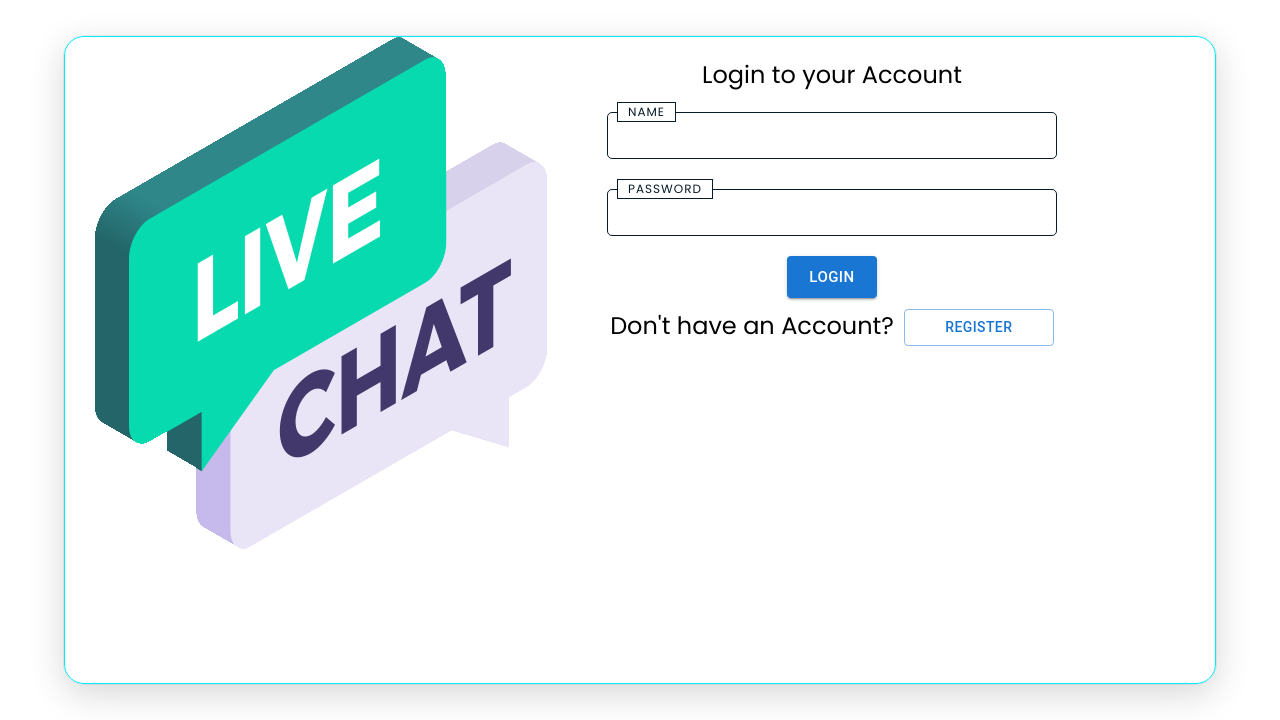
Repository: swastikjhacoder/mern-chat-frontend-only
Page: /
These files come from the project's save history. The page is drawn as it stood at one moment and after the next save; the edit follows.
The browser window is 1280 px wide. The pictures show the whole page.
The project was rebuilt for these pictures with package versions that can differ from the ones it lists, and the page was loaded fresh each time. Also part of the build but not shown: src/components/chat/ConversationList.jsx, src/components/chat/SideBar.jsx, src/components/MainContainer.jsx, src/components/chat/MessageOthers.jsx, src/components/chat/MessageSelf.jsx, src/components/chat/ChatContainer.jsx, src/components/chat/OnlineUsers.jsx, src/components/chat/OnlineUsersGroup.jsx and 4 more.

Above is the page before, as saved 2023-09-22 08:30:12.

### src/index.css
@import url('https://fonts.googleapis.com/css2?family=Poppins:ital,wght@0,100;0,200;0,300;0,400;0,500;0,600;0,700;0,800;0,900;1,400&display=swap');

:root {
  --border-color: #0ef;
  --body-color: #081b29;
  --container-default-color: #fff;
  --self-message-background-color: #63d7b0;
  --other-message-background-color: #e2e4e3;
  --box-shadow: rgba(0, 0, 0, 0.16) 0px 10px 36px 0px, rgba(0, 0, 0, 0.06) 0px 0px 0px 1px;

  --large-font-size: 32px;
  --heading-font-size: 24px;
  --medium-font-size: 18px;
  --normal-font-size: 16px;
  --small-font-size: 12px;
  --tiny-font-size: 10px;

  --bolder-font-weight: 600;
}

::-webkit-scrollbar {
  width: 6px !important;
  height: 6px !important;
}

::-webkit-scrollbar-track {
  background: hsla(0, 0%, 100%, -1);
}

::-webkit-scrollbar-thumb {
  background: rgba(0, 0, 0, 0.2);
}


* {
  margin: 0;
  padding: 0;
  box-sizing: border-box;
  font-family: 'Poppins', sans-serif;
}

body {
  display: flex;
  flex-direction: column;
  justify-content: center;
  align-items: center;
}

.app-container {
  display: flex;
  width: 100vw;
  height: 100vh;
  flex-direction: column;
  justify-content: center;
  align-items: center;
}

.container {
  display: flex;
  flex-direction: row;
  gap: 10px;
  width: 90vw;
  height: 90vh;
  border-radius: 20px;
  border: 1px solid var(--border-color);
  box-shadow: var(--box-shadow);
}

.left-sidebar-container {
  display: flex;
  flex-direction: column;
  flex: 0.3;
  padding: 10px;
}

.sb-header {
  display: flex;
  flex-direction: row;
  border-radius: 20px;
  justify-content: space-between;
  padding: 5px;
  box-shadow: var(--box-shadow);
}

.sb-header >div {
  width: max-content;
}

.icon {
  font-size: var(--large-font-size) !important;
  margin: 10px;
}

.sb-search {
  display: flex;
  flex-direction: row;
  width: 100%;
  padding: 10px;
  margin-top: 10px;
  border-radius: 20px;
  box-shadow: var(--box-shadow);
}

.input-box {
  position: relative;
  width: 450px;
  margin: 10px 0;
}

.input-box input {
  width: 100%;
  padding: 10px;
  background: transparent;
  border-radius: 5px;
  color: var(--body-color);
  outline: none;
  font-size: var(--title-text-size);
}

.input-box span {
  position: absolute;
  left: 0;
  padding: 0 10px;
  pointer-events: none;
  font-size: var(--small-font-size);
  text-transform: uppercase;
  letter-spacing: 1px;
  transform: translateX(10px) translateY(-10px);
}

.sb-conversations {
  background-color: var(--container-color);
  border-radius: 20px;
  padding: 10px 5px;
  margin-top: 10px;
  flex: 1;
  overflow-y: scroll;
  box-shadow: var(--box-shadow);
}

.conversation-container {
  display: grid;
  grid-template-columns: 32px auto auto;
  grid-template-rows: auto auto;
  column-gap: 10px;
  padding: 5px;
  gap: 5px;
  margin: 5px;
  border-radius: 20px;
  transition-duration: .5s;
}

.con-icon {
  grid-area: 1/1/3/2;
  display: flex;
  justify-content: center;
  align-items: center;
  font-size: var(--large-font-size);
  font-weight: var(--bolder-font-weight);
  height: 32px;
  width: 32px;
  padding: 2px;
  border-radius: 50%;
  justify-self: center;
  align-self: center;
}

.con-title {
  grid-area: 1/2/2/4;
  font-weight: var(--bolder-font-weight);
  font-size: var(--medium-font-size);
}

.con-lastMessage {
  font-size: var(--normal-font-size);
}

.con-timeStamp {
  justify-self: flex-end;
  font-size: var(--small-font-size);
}

.right-sidebar-container {
  flex: .7;
  display: flex;
  flex-direction: column;
  gap: 10px;
  padding: 10px 10px 10px 0;
}

.chat-header {
  display: flex;
  justify-content: space-between;
  column-gap: 10px;
  padding: 10px;
  border-radius: 20px;
  box-shadow: var(--box-shadow);
}

.chat-header-info {
  display: flex;
  flex-direction: row;
  justify-content: center;
  align-items: center;
  gap: 10px;
}

.chat-message {
  flex: 1;
  background-color: var(--container-color);
  border-radius: 20px;
  padding: 20px 40px;
  overflow-y: scroll;
  box-shadow: var(--box-shadow);
}

.chat-input {
  display: flex;
  flex-direction: row;
  justify-content: space-between;
  align-items: center;
  border-radius: 20px;
  padding: 10px;
  box-shadow: var(--box-shadow)
}

.self-message-container {
  display: flex;
  justify-content: flex-end;
}

.self-message {
  display: flex;
  flex-direction: column;
  background-color: var(--self-message-background-color);
  width: max-content;
  padding: 10px 10px;
  margin: 5px;
  border-radius: 20px;
}
.self-title {
  font-weight: var(--bolder-font-weight);
  font-size: var(--medium-font-size);
}

.self-message {
  font-size: var(--normal-font-size);
}

.self-timestamp {
  margin-left: auto;
  font-size: var(--small-font-size);
}

.other-message-container {
  display: flex;
  justify-content: flex-start;
  flex-direction: row;
  gap: 5px;
  width: max-content;
  padding: 10px 10px;
  margin: 5px;
  border-radius: 20px;
}

.other-icon {
  display: flex;
  justify-content: center;
  align-items: center;
  font-size: var(--large-font-size);
  font-weight: var(--bolder-font-weight);
  height: 32px;
  width: 32px;
  padding: 2px;
  border-radius: 50%;
  justify-self: center;
  align-self: center;
}

.other-text-content {
  display: flex;
  flex-direction: column;
  background-color: var(--other-message-background-color);
  padding: 10px 10px;
  border-radius: 20px;
}

.other-title {
  font-weight: var(--bolder-font-weight);
  font-size: var(--medium-font-size);
}

.other-message {
  font-size: var(--normal-font-size);
}

.other-timestamp {
  margin-left: auto;
  font-size: var(--small-font-size);
}

.online-users-header {
  border-radius: 20px;
  display: flex;
  gap: 10px;
  padding: 5px;
  font-size: var(--medium-font-size);
  box-shadow: var(--box-shadow);
  align-items: center;
}

.online-users-search {
  display: flex;
  flex-direction: row;
  width: 100%;
  padding: 10px;
  border-radius: 20px;
  box-shadow: var(--box-shadow);
}

.online-users-list {
  border-radius: 20px;
  flex: 1;
  padding: 10px;
  overflow-y: scroll;
}

.online-user {
  display: flex;
  flex: 1;
  gap: 5px;
  border-radius: 20px;
  padding: 20px 40px;
  overflow-y: scroll;
  margin-bottom: 10px;
  align-items: center;
  cursor: pointer;
  transition-duration: .5s;
}

.ou-icon {
  display: flex;
  justify-content: center;
  align-items: center;
  font-size: var(--large-font-size);
  font-weight: var(--bolder-font-weight);
  height: 32px;
  width: 32px;
  padding: 2px;
  border-radius: 50%;
  justify-self: center;
  align-self: center;
}

.ou-title {
  font-size: var(--normal-font-size);
}

.groups-header {
  border-radius: 20px;
  display: flex;
  gap: 10px;
  padding: 5px;
  font-size: var(--medium-font-size);
  box-shadow: var(--box-shadow);
  align-items: center;
}

.group-search {
  display: flex;
  flex-direction: row;
  width: 100%;
  padding: 10px;
  border-radius: 20px;
  box-shadow: var(--box-shadow);
}

.group-list {
  border-radius: 20px;
  flex: 1;
  padding: 10px;
  overflow-y: scroll;
}

.group {
  display: flex;
  flex: 1;
  gap: 5px;
  border-radius: 20px;
  padding: 20px 40px;
  overflow-y: scroll;
  margin-bottom: 10px;
  cursor: pointer;
  transition-duration: .5s;
}

.g-title {
  font-size: var(--normal-font-size);
}

.create-group-header {
  border-radius: 20px;
  display: flex;
  gap: 10px;
  padding: 5px;
  font-size: var(--medium-font-size);
  box-shadow: var(--box-shadow);
  align-items: center;
}

.create-group-input {
  border-radius: 20px;
  padding: 10px 5px;
  display: flex;
  align-items: center;
  box-shadow: var(--box-shadow);
}

.welcome-container {
  display: flex;
  flex-direction: column;
  align-items: center;
  margin: auto auto;
  width: 100%;
  height: 100%;
  padding: 30px 30px;
  border-radius: 20px;
  box-shadow: var(--box-shadow);
}

.banner {
  margin: auto auto;
}

.banner img {
  height: 300px;
  width: 300px;
  margin-bottom: 30px;
}

.banner p {
  font-size: var(--medium-font-size);
  padding: 10px;
}

.login-container {
  display: flex;
  flex-direction: column;
  justify-content: center;
  align-items: center;
  gap: 10px;
  margin: auto auto;
  padding: 20px;
}

.login-container p {
  font-size: var(--heading-font-size);
}

.login {
  display: flex;
  flex-direction: column;
  gap: 10px;
}

.signUp-container {
  display: flex;
  flex-direction: column;
  justify-content: center;
  align-items: center;
  margin: auto auto;
  padding: 20px;
}

.signUp {
  display: flex;
  flex-direction: column;
  gap: 10px;
}

.signUp p {
  font-size: var(--heading-font-size);
}

.welcome-container {
  display: flex;
  flex-direction: column;
  justify-content: center;
  align-items: center;
  gap: 30px;
}

.welcome-container img {
  height: 300px;
}

.welcome-container p {
  font-size: var(--medium-font-size);
}

### src/App.js
// import { Button } from "@mui/material";
// import React from "react";
// import { useSelector, useDispatch } from "react-redux";
// import { toggleDarkMode, addUser, removeUser } from './redux/liveChatSlice';

// function App() {
//   const dispatch = useDispatch();
//   const mode = useSelector((state) => state.liveChat.mode);
//   const userInfo = useSelector((state) => state.liveChat.userInfo);
//   const background = useSelector( ( state ) => state.liveChat.background );
//   console.log(mode);
//   console.log(userInfo);
//   console.log(background);
//   return (
//     <>
//       <Button onClick={() => dispatch(toggleDarkMode())}>Click Me</Button>
//     </>
//   );
// }

// export default App;

import React from "react";
import { useSelector } from "react-redux";
import "./index.css";
import { BrowserRouter, Routes, Route } from "react-router-dom";
import MainContainer from "./components/MainContainer";
import ChatContainer from "./components/chat/ChatContainer";
import OnlineUsersGroup from "./components/chat/OnlineUsersGroup";
import GroupList from "./components/chat/GroupList";
import CreateGroup from "./components/chat/CreateGroup";
import ChatWelcome from "./components/chat/ChatWelcome";
import LoginSignUp from "./components/Login_SignUp";

const App = () => {
  const background = useSelector((state) => state.liveChat.background);
  return (
    <>
      <div style={{ backgroundColor: background }} className="app-container">
        <BrowserRouter>
          <Routes>
            <Route path="/" element={<LoginSignUp />}/>
            <Route path="app" element={<MainContainer />}>
              <Route path="welcome" element={<ChatWelcome />} />
              <Route path="chat" element={<ChatContainer />} />
              <Route path="users" element={<OnlineUsersGroup />} />
              <Route path="create-groups" element={<CreateGroup />} />
              <Route path="groups" element={<GroupList />} />
            </Route>
          </Routes>
        </BrowserRouter>
      </div>
    </>
  );
};

export default App;

### src/redux/store.js
import { configureStore } from '@reduxjs/toolkit';
import liveChatReducer from './liveChatSlice';

export const store = configureStore({
  reducer: {
    liveChat: liveChatReducer,
  },
});

### src/components/Login_SignUp.jsx
import React, { useState } from "react";
import logo from "../Icons/icon_x512.png";
import { useSelector } from "react-redux";
import { Button } from "@mui/material";

const Login = ({ toggleForm }) => {
  const { background, color } = useSelector((state) => state.liveChat);
  return (
    <>
      <div className="login-container">
        <p>Login to your Account</p>
        <div className="input-box">
          <input
            type="name"
            name="name"
            required="required"
            style={{ border: `1px solid ${color}`, color: color }}
          />
          <span
            style={{
              color: color,
              border: `1px solid ${color}`,
              background: background,
            }}
          >
            Name
          </span>
        </div>
        <div className="input-box">
          <input
            type="password"
            name="password"
            required="required"
            style={{ border: `1px solid ${color}`, color: color }}
          />
          <span
            style={{
              color: color,
              border: `1px solid ${color}`,
              background: background,
            }}
          >
            Password
          </span>
        </div>
        <Button variant="contained" size="large">
          Login
        </Button>
        <p className="create-account">
          Don't have an Account?
          <Button
            variant="outlined"
            size="medium"
            onClick={() => toggleForm()}
            style={{ width: "150px", marginLeft:'10px' }}
          >
            Register
          </Button>
        </p>
      </div>
    </>
  );
};

const SignUp = ({ toggleForm }) => {
  const { background, color } = useSelector((state) => state.liveChat);
  return (
    <>
      <div className="login-container">
        <p>Register your Account</p>
        <div className="input-box">
          <input type="text" name="name" required="required" />
          <span>Name</span>
        </div>
        <div className="input-box">
          <input type="email" name="email" required="required" />
          <span>Email</span>
        </div>
        <div className="input-box">
          <input type="text" name="mobile" required="required" />
          <span>Mobile</span>
        </div>
        <div className="input-box">
          <input type="password" name="password" required="required" />
          <span>Password</span>
        </div>
        <div className="input-box">
          <input type="file" name="file" />
          <span>Profile Picture</span>
        </div>
        <p className="create-account">
          Already have an Account?
          <button onClick={() => toggleForm()}>Login</button>
        </p>
      </div>
    </>
  );
};

const Login_SignUp = () => {
  const [loginLoaded, setLoginLoaded] = useState(true);
  const toggleForm = () => {
    setLoginLoaded(!loginLoaded);
  };
  return (
    <div className="container">
      <div className="image-box">
        <img src={logo} alt="logo" />
      </div>
      <div className="">
        {loginLoaded === false ? (
          <SignUp toggleForm={toggleForm} />
        ) : (
          <Login toggleForm={toggleForm} />
        )}
      </div>
    </div>
  );
};

export default Login_SignUp;

### src/redux/liveChatSlice.js
import { createSlice } from "@reduxjs/toolkit";

const initialState = {
  mode: JSON.parse(localStorage.getItem("darkMode")) || false,
  userInfo: JSON.parse(localStorage.getItem("chatUserInfo")) || null,
  background: JSON.parse(localStorage.getItem("backgroundColor")) || "#fff",
  color: JSON.parse(localStorage.getItem("color")) || "#081b29",
};

export const liveChatSlice = createSlice({
  name: "liveChat",
  initialState,
  reducers: {
    toggleDarkMode: (state) => {
      state.mode = !state.mode;
      if (!state.mode) {
        state.background = "#fff";
        state.color = "#081b29";
      } else {
        state.background = "#081b29";
        state.color = "#fff";
      }
      localStorage.setItem("darkMode", JSON.stringify(state.mode));
      localStorage.setItem("backgroundColor", JSON.stringify(state.background));
      localStorage.setItem("color", JSON.stringify(state.color));
    },
    addUser: (state, action) => {
      state.userInfo = action.payload;
      localStorage.setItem("chatUserInfo", JSON.stringify(state.userInfo));
    },
    removeUser: (state) => {
      state.userInfo = null;
      localStorage.setItem("chatUserInfo", JSON.stringify(state.userInfo));
    },
  },
});

export const { toggleDarkMode, addUser, removeUser } =
  liveChatSlice.actions;
export default liveChatSlice.reducer;

Loaded but not shown: src/index.js (common file)

After the next save:
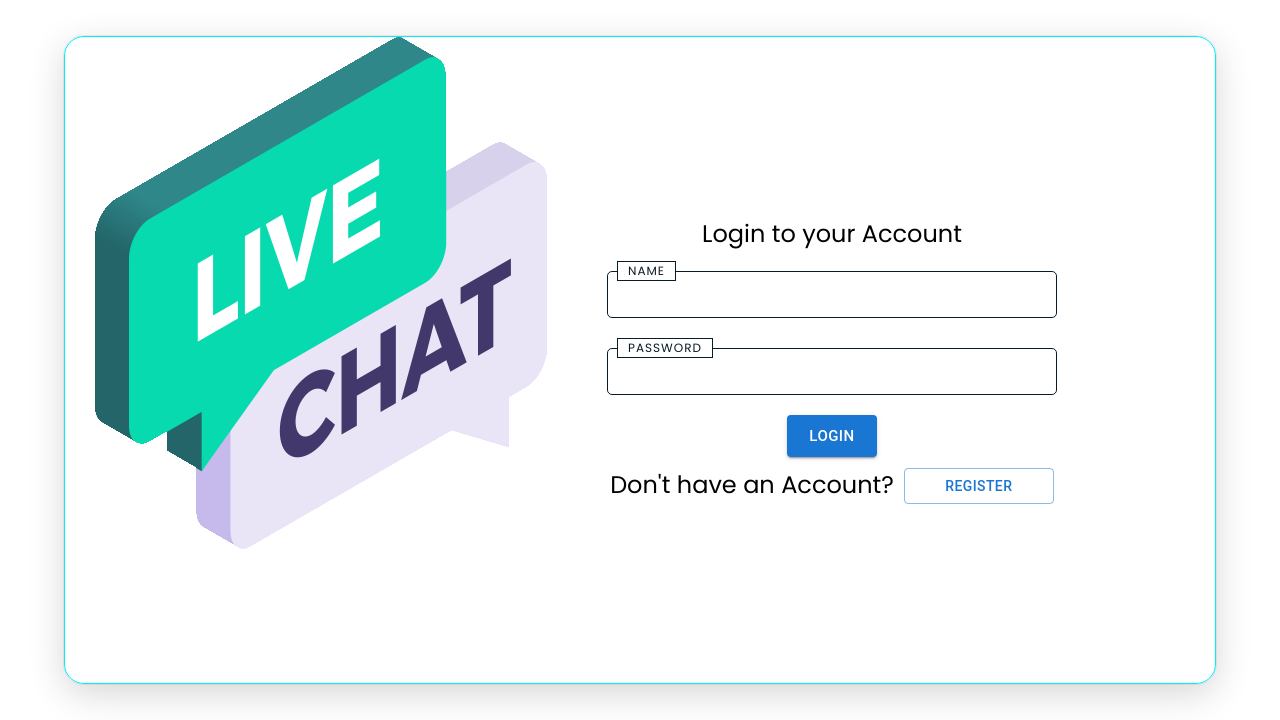
Saved 9 s later.
--- a/src/components/Login_SignUp.jsx
+++ b/src/components/Login_SignUp.jsx
@@ -107,7 +107,7 @@ const Login_SignUp = () => {
       <div className="image-box">
         <img src={logo} alt="logo" />
       </div>
-      <div className="">
+      <div className="right-sidebar-container">
         {loginLoaded === false ? (
           <SignUp toggleForm={toggleForm} />
         ) : (
